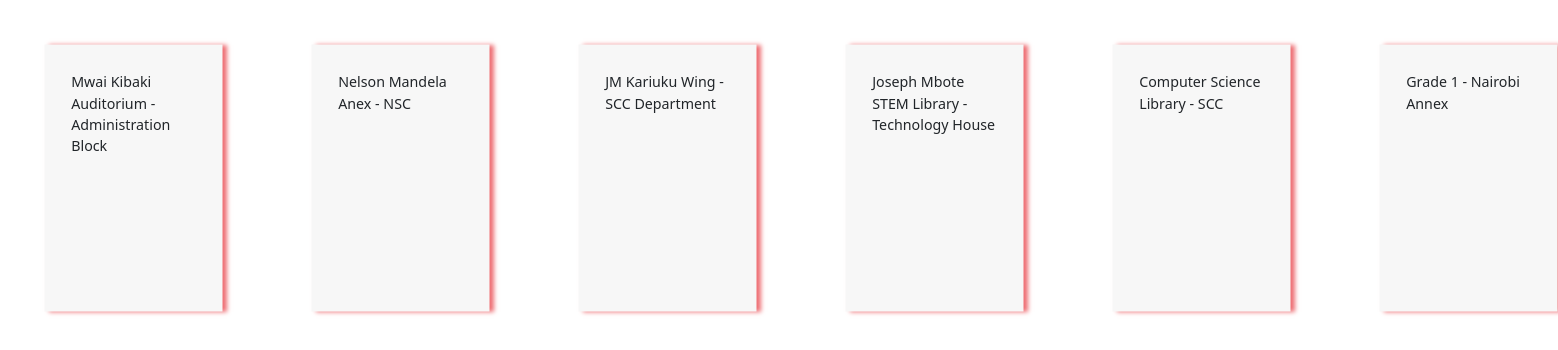
Repository: Mbote-Joseph/Library-Shelves-Books-Managements
Page: http://localhost/
An editor plug-in stored every save of this project. The page is shown before and after the next save, followed by the edit.
The browser window is 1280 px wide. The page is 1750 px wide, then 1395 px, so the pictures cover 1750 px, including what lies to the right of the window. The pictures show the whole page, at 89% of full size.
The page is served by the project's application, run on Django 5.2 (manage.py). Other server files are loaded and not shown. The page reads the database file committed with the project.

Above is the page before, as saved 2025-12-30 17:58:53.

### books/templates/books/library_view.html
{% extends "base.html" %}

{% block title %}
    Libraries List
{% endblock %}


{% block content %}
    <div class="cards">
    {% for library in libraries %}
        <div class ="library"> {{library}} </div>
    {% endfor %}
    </div>
{% endblock %}

### static/templates/base.html
{% load static %}
<!doctype html>
<html lang="en">
  <head>
    <meta charset="utf-8">
    <meta name="viewport" content="width=device-width, initial-scale=1">
    <title>
        {% block title %}

        {% endblock %}
    </title>
    <link href="https://cdn.jsdelivr.net/npm/bootstrap@5.3.8/dist/css/bootstrap.min.css" rel="stylesheet" integrity="sha384-sRIl4kxILFvY47J16cr9ZwB07vP4J8+LH7qKQnuqkuIAvNWLzeN8tE5YBujZqJLB" crossorigin="anonymous">
    <link rel="stylesheet" type='text/css' href="{% static 'css/styles.css' %}">
  </head>
  <body>

    {% block content %}

    {% endblock %}


    <script src="https://cdn.jsdelivr.net/npm/bootstrap@5.3.8/dist/js/bootstrap.bundle.min.js" integrity="sha384-FKyoEForCGlyvwx9Hj09JcYn3nv7wiPVlz7YYwJrWVcXK/BmnVDxM+D2scQbITxI" crossorigin="anonymous"></script>
  </body>
</html>

### books/models.py
from django.db import models

# Create your models here.
class Library(models.Model):
    name = models.CharField(max_length=50)
    students_capacity = models.IntegerField()
    location = models.CharField(max_length=100)
    created_on = models.DateTimeField(auto_now_add=True)

    def __str__(self):
        return f"{self.name} - {self.location}"

class Shelf(models.Model):
    label = models.CharField(max_length=50)
    books_capacity = models.CharField()
    library = models.ForeignKey(Library, on_delete=models.CASCADE)
    created_on = models.DateTimeField(auto_now_add=True)

    def __str__(self):
        return f"{self.label} On {self.library} Library"

class Book(models.Model):
    title = models.CharField(max_length=100)
    author = models.CharField(max_length=100)
    isbn = models.CharField(max_length=10)
    description = models.TextField()
    is_published = models.BooleanField(default=False)
    is_new = models.BooleanField(default=False)
    shelf = models.ForeignKey(Shelf, on_delete=models.CASCADE)

    def __str__(self):
        return f"{self.title} By {self.author}"

### books/views.py
from django.shortcuts import render
from django.views.generic import ListView

from .models import Library, Shelf, Book

# Create your views here.
class LibraryListView(ListView):
    model = Library
    context_object_name = "libraries"
    queryset = Library.objects.all()
    template_name = 'books/library_view.html'

class ShelfListView(ListView):
    model = Shelf
    context_object_name = "shelves"
    queryset = Shelf.objects.all()
    template_name = 'books/shelf_view.html'


class BookListView(ListView):
    model = Book
    context_object_name = "books"
    queryset = Book.objects.all()
    template_name = 'books/book_view.html'

### learn/urls.py
"""
URL configuration for learn project.

The `urlpatterns` list routes URLs to views. For more information please see:
    https://docs.djangoproject.com/en/6.0/topics/http/urls/
Examples:
Function views
    1. Add an import:  from my_app import views
    2. Add a URL to urlpatterns:  path('', views.home, name='home')
Class-based views
    1. Add an import:  from other_app.views import Home
    2. Add a URL to urlpatterns:  path('', Home.as_view(), name='home')
Including another URLconf
    1. Import the include() function: from django.urls import include, path
    2. Add a URL to urlpatterns:  path('blog/', include('blog.urls'))
"""
from django.contrib import admin
from django.urls import path, include

urlpatterns = [
    path('admin/', admin.site.urls),
    path('', include('books.urls'))
]

### books/urls.py
from django.urls import path

from books.views import LibraryListView, ShelfListView, BookListView

urlpatterns = [
    path('', LibraryListView.as_view(), name = 'libraries'),
    path('shelf', ShelfListView.as_view(), name = 'shelves'),
    path('book', BookListView.as_view(), name="books")
]

### static/css/styles.css
/**
 * Copyright 2025 josephmbote
 *
 * Licensed under the Apache License, Version 2.0 (the "License");
 * you may not use this file except in compliance with the License.
 * You may obtain a copy of the License at
 *
 *     https://www.apache.org/licenses/LICENSE-2.0
 *
 * Unless required by applicable law or agreed to in writing, software
 * distributed under the License is distributed on an "AS IS" BASIS,
 * WITHOUT WARRANTIES OR CONDITIONS OF ANY KIND, either express or implied.
 * See the License for the specific language governing permissions and
 * limitations under the License.
 */

.library {
    max-width: 300px;
    min-width: 200px;
    min-height: 300px;
    max-height: 400px;
    background-color: #f7f7f7;
    box-shadow: 5px 0 5px 0 #ee6e73;
    border: none;
    margin: 50px;
    padding: 30px;
}

.cards{
    display: flex;


}

### db.sqlite3 (the tables this page reads, as SQL)
CREATE TABLE "books_library" ("id" integer NOT NULL PRIMARY KEY AUTOINCREMENT, "name" varchar(50) NOT NULL, "students_capacity" integer NOT NULL, "location" varchar(100) NOT NULL, "created_on" datetime NOT NULL);
INSERT INTO "books_library" VALUES
(1, 'Mwai Kibaki Auditorium', 100, 'Administration Block', '2025-12-29 22:41:55.696199'),
(2, 'Nelson Mandela Anex', 85, 'NSC', '2025-12-29 22:42:34.244470'),
(3, 'JM Kariuku Wing', 75, 'SCC Department', '2025-12-30 11:00:04.766333'),
(4, 'Joseph Mbote STEM Library', 56, 'Technology House', '2025-12-31 18:37:10.968556'),
(5, 'Computer Science Library', 50, 'SCC', '2025-12-31 18:39:11.248294'),
(6, 'Grade 1', 20, 'Nairobi Annex', '2025-12-31 18:41:43.779190');

After the next save:
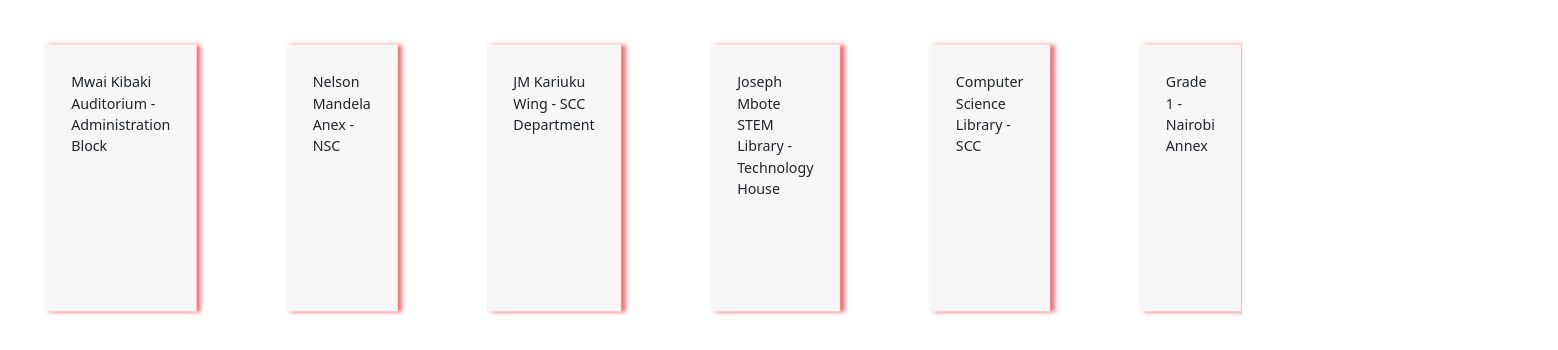
Saved 31 s later.
--- a/static/css/styles.css
+++ b/static/css/styles.css
@@ -15,10 +15,10 @@
  */
 
 .library {
-    max-width: 300px;
-    min-width: 200px;
-    min-height: 300px;
-    max-height: 400px;
+    width: 300px;
+    /* min-width: 200px; */
+    height: 300px;
+    /* max-height: 400px; */
     background-color: #f7f7f7;
     box-shadow: 5px 0 5px 0 #ee6e73;
     border: none;
